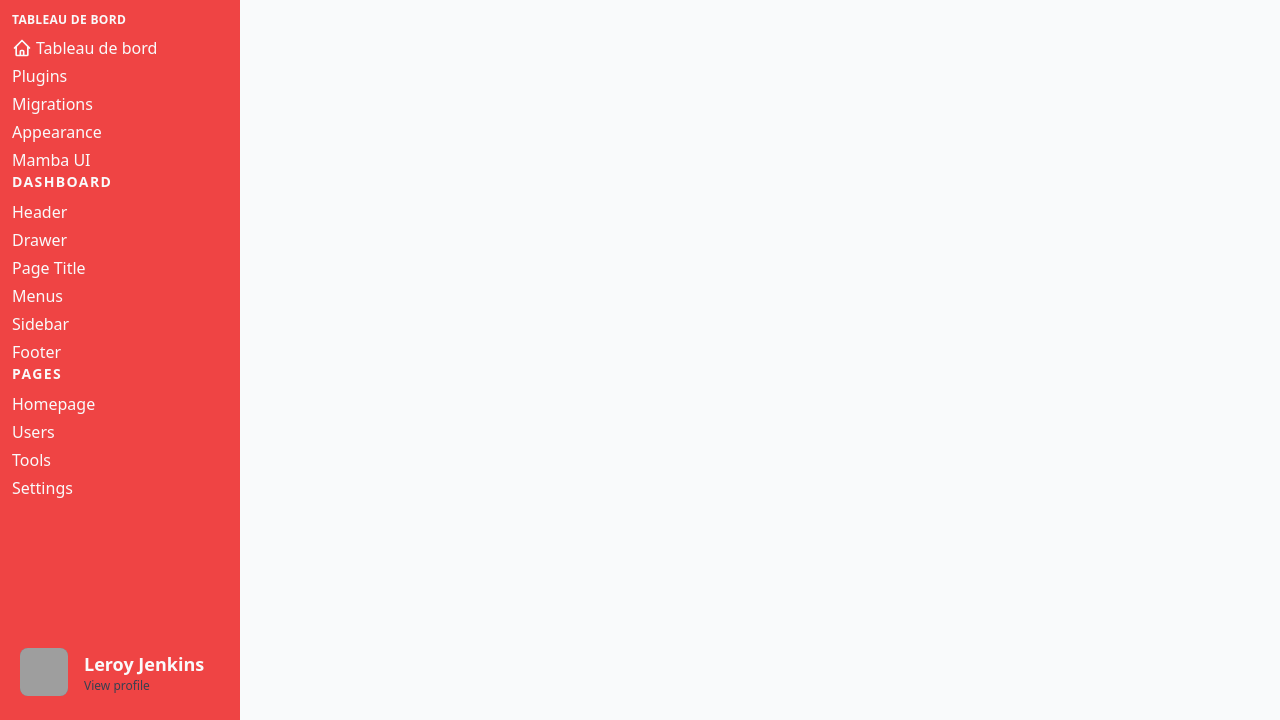
Repository: erulabs243/museum
Page: /dashboard
An editor plug-in stored every save of this project. The page is shown before and after the next save, followed by the edit.
The browser window is 1280 px wide. The pictures show the whole page.
Pictures or frames that could not be fetched are drawn as grey boxes. The project was rebuilt for these pictures with package versions that can differ from the ones it lists, and the page was loaded fresh each time. Also part of the build but not shown: vite.config.js, src/pages/admin/Home.jsx, src/components/atoms/headers/NavLink.jsx, src/components/atoms/headers/Button.jsx, src/components/atoms/TagBadge.jsx, src/components/atoms/MyAudioPlayer.jsx, src/components/atoms/MyVideoPlayer.jsx, src/components/atoms/MediaCard.jsx and 24 more.

Above is the page before, as saved 2022-08-10 19:56:31.

### index.html
<!DOCTYPE html>
<html lang="en">
  <head>
    <meta charset="UTF-8" />
    <link rel="icon" type="image/svg+xml" href="/vite.svg" />
    <link rel="stylesheet" href="src/theme/App.css">
    <meta name="viewport" content="width=device-width, initial-scale=1.0" />
    <title>Museum...</title>
  </head>
  <body class="bg-gray-50">
    <div id="root"></div>
    <script type="module" src="/src/main.jsx"></script>
  </body>
</html>

### src/App.jsx
'use strict';

import { BrowserRouter, Route, Routes } from 'react-router-dom';
import { AdminRoutes, CommonsRoutes, UserRoutes, AuthRoutes } from './routes';

const App = () => {
    return (
        <BrowserRouter>
            <Routes>
                {AuthRoutes.map((route) => (
                    <Route path={route.path} key={route.path} element={route.element} />
                ))}
                {UserRoutes.map((route) => (
                    <Route path={route.path} key={route.path} element={route.element} />
                ))}
                {AdminRoutes.map((route) => (
                    <Route path={route.path} key={route.path} element={route.element} />
                ))}
                {CommonsRoutes.map((route) => (
                    <Route path={route.path} key={route.path} element={route.element} />
                ))}
            </Routes>
        </BrowserRouter>
    );
};

export default App;

### src/routes/index.jsx
'use strict';

import AdminRoutes from "./AdminRoutes";
import CommonsRoutes from "./CommonsRoutes";
import UserRoutes from "./UserRoutes";
import AuthRoutes from "./AuthRoutes";

export {UserRoutes, AdminRoutes, CommonsRoutes, AuthRoutes};

### src/routes/AdminRoutes.jsx
'use strict';

import { Contact, Dashboard, Post } from '../pages/admin';

const AdminRoutes = [
    {
        path: '/dashboard',
        element: <Dashboard />
    },
    {
        path: '/post',
        element: <Post />
    },
    {
        path: '/contacts',
        element: <Contact />
    }
];

export default AdminRoutes;

### src/routes/CommonsRoutes.jsx
'use strict';

import { NotFound } from '../pages/commons';

const CommonsRoutes = [
    {
        path: '*',
        element: <NotFound />
    }
];

export default CommonsRoutes;

### src/routes/UserRoutes.jsx
'use strict';

import {
    About,
    Contact,
    Gallery,
    Home,
    Library,
    Podcast,
    Story,
    Testimonials,
    Videos
} from '../pages/user';

const UserRoutes = [
    {
        path: '/',
        element: <Home />
    },
    {
        path: '/contact',
        element: <Contact />
    },
    {
        path: '/library',
        element: <Library />
    },
    {
        path: '/stories',
        element: <Testimonials />
    },
    {
        path: '/stories/:slug',
        element: <Story />
    },
    {
        path: '/gallery',
        element: <Gallery />
    },
    {
        path: '/videos',
        element: <Videos />
    },
    {
        path: '/podcast',
        element: <Podcast />
    },
    {
        path: '/about',
        element: <About />
    }
];

export default UserRoutes;

### src/routes/AuthRoutes.jsx
'use strict';

import { Login } from '../pages/auth';

const AuthRoutes = [
    {
        path: '/login',
        element: <Login />
    }
];

export default AuthRoutes;

### src/pages/admin/index.jsx
'use strict';

import Home from './Home';
import Dashboard from './Dashboard';
import Contact from './Contact';
import Post from './Post';

export { Home, Dashboard, Contact, Post };

### src/pages/commons/index.jsx
'use strict';

import NotFound from './NotFound';

export { NotFound };

### src/pages/user/index.jsx
'use strict';

import Blog from './Blog';
import Contact from './Contact';
import Gallery from './Gallery';
import Library from './Library';
import Podcast from './Podcast';
import Testimonials from './Testimonials';
import Videos from './Videos';
import Home from './Home';
import Story from './Story';
import About from './About';

export { Home, Blog, Contact, Gallery, Library, Podcast, Testimonials, Videos, Story, About };

### src/pages/auth/index.jsx
'use strict';

import Login from "./Login";

export {Login};

### src/pages/admin/Dashboard.jsx
'use strict';

import { AdminSidebar } from '../../components/sections';

const Dashboard = () => {
    return (
        <main>
            <AdminSidebar />
        </main>
    );
};

export default Dashboard;

### src/components/sections/index.jsx
'use strict';

import Navbar from './Navbar';
import Footer from './Footer';
import Testimonial from './Testimonial';
import LibraryHeader from './LibraryHeader';
import Pagination from './Pagination';
import Article from './Article';
import Image from './Image';
import Modal from './Modal';
import AdminSidebar from './AdminSidebar';

export {
    Navbar,
    Footer,
    Testimonial,
    LibraryHeader,
    Pagination,
    Article,
    Image,
    Modal,
    AdminSidebar
};

### src/components/sections/AdminSidebar.jsx
'use strict';

import { HomeIcon, LogoutIcon } from '@heroicons/react/outline';

const AdminSidebar = () => {
    return (
        <div className="flex flex-col h-screen p-3 w-60 bg-red-500 text-gray-50">
            <div className="space-y-2">
                <h2 className="text-xs font-semibold tracking-wide uppercase dark:text-gray-700">
                    Tableau de bord
                </h2>
                <div className="flex flex-col space-y-1">
                    <a rel="noopener noreferrer" href="#" className="flex flex-row items-center">
                        <HomeIcon className="w-5 h-5 mr-1" />
                        <span>Tableau de bord</span>
                    </a>
                    <a rel="noopener noreferrer" href="#">
                        Plugins
                    </a>
                    <a rel="noopener noreferrer" href="#">
                        Migrations
                    </a>
                    <a rel="noopener noreferrer" href="#">
                        Appearance
                    </a>
                    <a rel="noopener noreferrer" href="#">
                        Mamba UI
                    </a>
                </div>
            </div>
            <div className="space-y-2">
                <h2 className="text-sm font-semibold tracking-widest uppercase dark:text-gray-400">
                    Dashboard
                </h2>
                <div className="flex flex-col space-y-1">
                    <a rel="noopener noreferrer" href="#">
                        Header
                    </a>
                    <a rel="noopener noreferrer" href="#">
                        Drawer
                    </a>
                    <a rel="noopener noreferrer" href="#">
                        Page Title
                    </a>
                    <a rel="noopener noreferrer" href="#">
                        Menus
                    </a>
                    <a rel="noopener noreferrer" href="#">
                        Sidebar
                    </a>
                    <a rel="noopener noreferrer" href="#">
                        Footer
                    </a>
                </div>
            </div>
            <div className="space-y-2">
                <h2 className="text-sm font-semibold tracking-widest uppercase dark:text-gray-400">
                    Pages
                </h2>
                <div className="flex flex-col space-y-1">
                    <a rel="noopener noreferrer" href="#">
                        Homepage
                    </a>
                    <a rel="noopener noreferrer" href="#">
                        Users
                    </a>
                    <a rel="noopener noreferrer" href="#">
                        Tools
                    </a>
                    <a rel="noopener noreferrer" href="#">
                        Settings
                    </a>
                </div>
            </div>
            <div className="flex items-center p-2 mt-12 space-x-4 justify-self-end absolute bottom-4">
                <img
                    src="https://source.unsplash.com/100x100/?portrait"
                    alt=""
                    className="w-12 h-12 rounded-lg bg-gray-500"
                />
                <div>
                    <h2 className="text-lg font-semibold">Leroy Jenkins</h2>
                    <span className="flex items-center space-x-1">
                        <a
                            rel="noopener noreferrer"
                            href="#"
                            className="text-xs hover:underline text-gray-700">
                            View profile
                        </a>
                    </span>
                </div>
            </div>
        </div>
    );
};

export default AdminSidebar;

Loaded but not shown: src/main.jsx (common file); src/theme/App.css (2450 lines, source omitted)

After the next save:
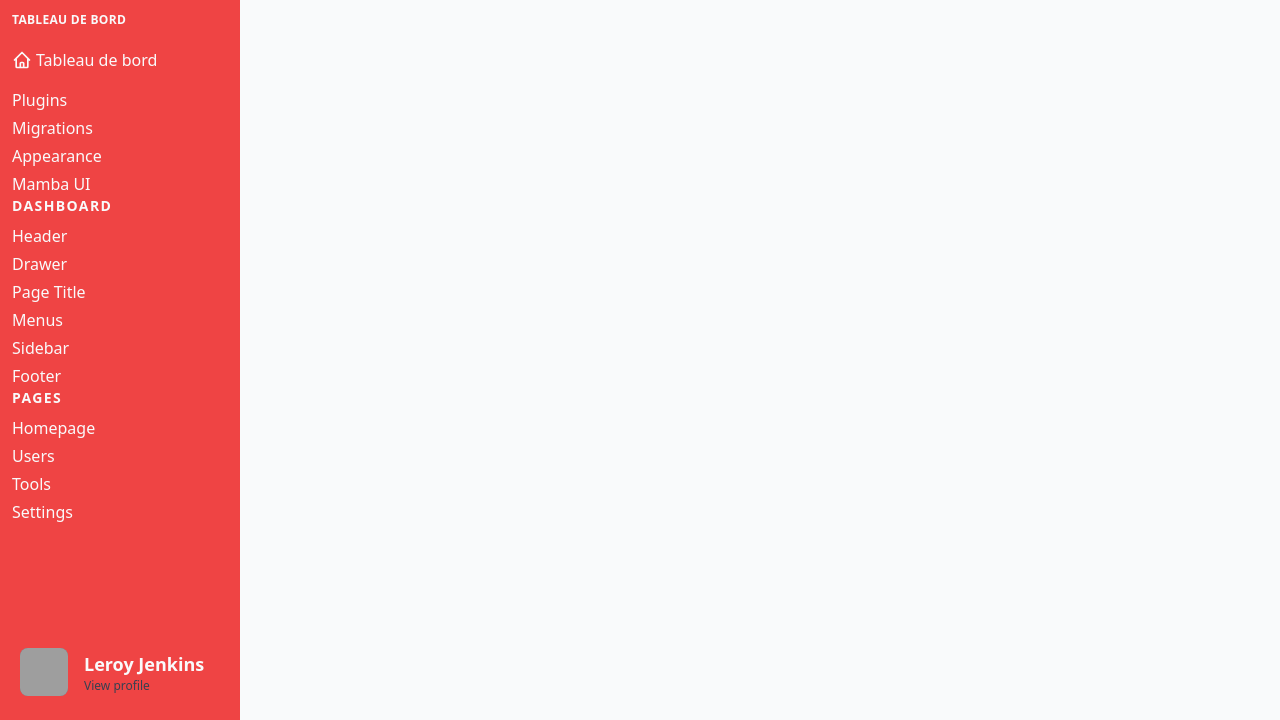
Saved 9 s later.
--- a/src/components/sections/AdminSidebar.jsx
+++ b/src/components/sections/AdminSidebar.jsx
@@ -10,7 +10,10 @@ const AdminSidebar = () => {
                     Tableau de bord
                 </h2>
                 <div className="flex flex-col space-y-1">
-                    <a rel="noopener noreferrer" href="#" className="flex flex-row items-center">
+                    <a
+                        rel="noopener noreferrer"
+                        href="#"
+                        className="flex flex-row items-center py-3">
                         <HomeIcon className="w-5 h-5 mr-1" />
                         <span>Tableau de bord</span>
                     </a>
